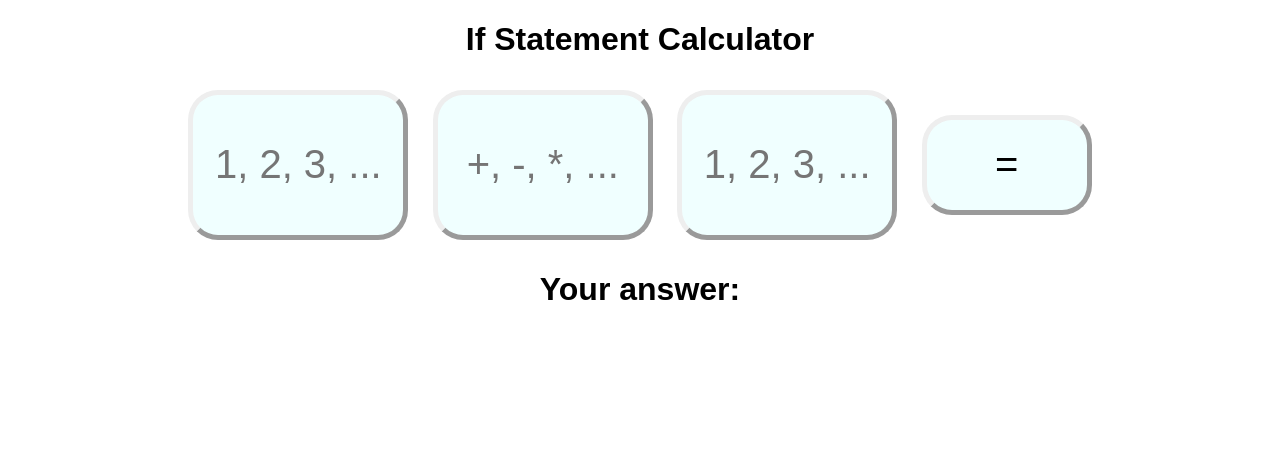
Repository: WesleyErasmus/threeInputCalculator
Page: html/if-calculator.html
An editor plug-in stored every save of this project. The page is shown before and after the next save, followed by the edit.
The browser window is 1280 px wide. The pictures show the whole page.

Above is the page before, as saved 2022-04-27 22:28:36.

After the next save:
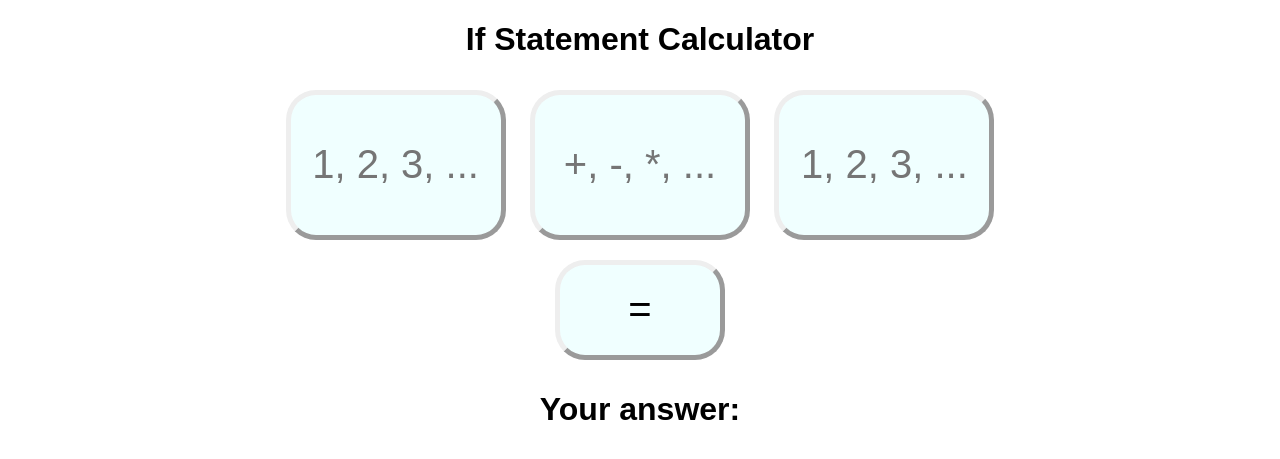
Saved 7 s later.
--- a/html/if-calculator.html
+++ b/html/if-calculator.html
@@ -19,7 +19,7 @@
          <input id="input3" type="text" name = "input3" placeholder="+, -, *, ..."> <!-- input-3 (operator) -->
 
          <input id="input2" type="text" name = "input2" placeholder="1, 2, 3, ..."> <!-- input-2 -->
-        </div>
+        <div>
          <button onclick="sum()">=</button>
         </div>
          <h1>Your answer:</h1>
